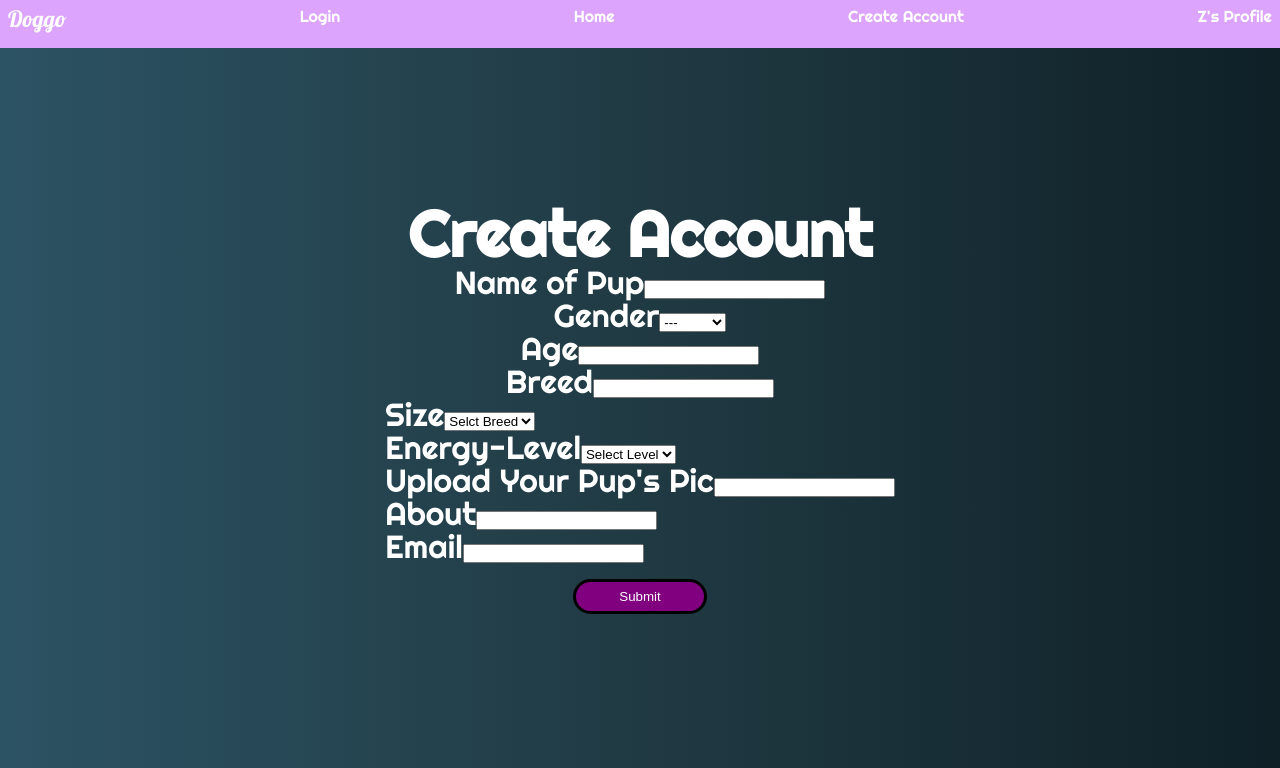
Repository: rh1456/capstone
Page: /2
The author's editor kept a copy of each file at every save. The page is drawn from the files as they stood at one save, then again after the next save.
The browser window is 1280 px wide. The pictures show the whole page.
Some web libraries are served in a nearby version. The project was rebuilt for these pictures with package versions that can differ from the ones it lists, and the page was loaded fresh each time. Also part of the build but not shown: src/pages/MainPage.jsx, src/pages/DoggoLandingPage.jsx, src/pages/DogProfile.jsx, src/pages/PlayDateForm.jsx, src/pages/ProfileSettings.jsx.

Above is the page before, as saved 2020-01-11 19:02:21.

### public/index.html
<!DOCTYPE html>
<html lang="en">
  <head>
    <meta charset="utf-8" />
    <link rel="shortcut icon" href="%PUBLIC_URL%/favicon.ico" />
    <meta
      name="viewport"
      content="width=device-width, initial-scale=1, shrink-to-fit=no"
    />
    <meta name="theme-color" content="#000000" />
    <!--
      manifest.json provides metadata used when your web app is added to the
      homescreen on Android. See https://developers.google.com/web/fundamentals/web-app-manifest/
    -->
    <link rel="manifest" href="%PUBLIC_URL%/manifest.json" />
    <!--
      Notice the use of %PUBLIC_URL% in the tags above.
      It will be replaced with the URL of the `public` folder during the build.
      Only files inside the `public` folder can be referenced from the HTML.

      Unlike "/favicon.ico" or "favicon.ico", "%PUBLIC_URL%/favicon.ico" will
      work correctly both with client-side routing and a non-root public URL.
      Learn how to configure a non-root public URL by running `npm run build`.
    -->
    <link
      href="https://fonts.googleapis.com/css?family=Pacifico|Permanent+Marker|Righteous|Roboto&display=swap"
      rel="stylesheet"
    />
    <link
      href="https://fonts.googleapis.com/css?family=Lobster&display=swap"
      rel="stylesheet"
    />
    <script
      src="https://kit.fontawesome.com/d7373701d1.js"
      crossorigin="anonymous"
    ></script>
    <title>Capstone</title>
  </head>
  <body>
    <noscript>
      You need to enable JavaScript to run this app.
    </noscript>
    <div id="root"></div>
    <!--
      This HTML file is a template.
      If you open it directly in the browser, you will see an empty page.

      You can add webfonts, meta tags, or analytics to this file.
      The build step will place the bundled scripts into the <body> tag.

      To begin the development, run `npm start` or `yarn start`.
      To create a production bundle, use `npm run build` or `yarn build`.
    -->
  </body>
</html>

### src/index.js
import React from 'react'
import ReactDOM from 'react-dom'
import './index.css'
// import './styles.scss'
import App from './App'

ReactDOM.render(<App />, document.getElementById('root'))

### src/index.css
@media (min-width: 320px) and (max-width: 480px) {
  :root {
    font: 16px / 1 sans-serif;
  }

  html {
    height: 100%;
  }
  body {
    margin: 0;
    min-height: 100%;
    background-color: #f1f1f1;
    font-family: 'Righteous', cursive;
  }
  .nav-bar-ul {
    display: flex;
    flex-direction: row;
    justify-content: space-between;
    margin: 0;
    height: 3rem;
    background-color: #dca4fc;
    padding: 0;
  }
  .main-nav-li {
    list-style: none;
    padding: 0.5rem;
    color: white;
  }
  .nav-logo {
    font-size: 1.4rem;
    font-family: 'Lobster', cursive;
  }
  .Nav-link {
    color: white;
    text-decoration: none;
  }
  /* Dog profile Stylings */
  .dog-profile-image {
    display: flex;
    justify-content: center;
    /* border-bottom: solid lightgrey; */
  }
  .before-div {
    border: solid black;
    display: block;
    height: 18px;
    border-radius: 50% 50% 0 0;

    bottom: calc(100% - 10px);
    right: -5px;
    left: -5px;
    background-color: blue;
  }
  .profile-image {
    height: 12rem;
    width: 8rem;
    margin: 0;
    border-radius: 8px;
    margin: 0.7rem;
  }
  .profile-about {
    display: flex;
    flex-direction: column;
    height: 5rem;
    font-size: 0.7rem;
  }
  .profile-about h1 {
    align-self: center;
  }
  .profile-about span {
    align-self: center;
    padding: 0.1rem;
  }
  .in-between {
    border-top: solid lightgrey;
    border-bottom: solid lightgrey;
    height: 3rem;
    display: flex;
    justify-content: center;
  }
  .main-about {
    border-bottom: solid lightgrey;
  }
  .profile-logo {
    margin: 0.5rem;
    height: 2rem;
    width: auto;
  }
  .meet {
    display: flex;
    flex-direction: column;
  }
  .meet h1 {
    align-self: center;
  }
  .meet p {
    padding: 1rem;
    font-size: 0.9rem;
    align-self: center;
  }
  .small-pro-pic {
    align-self: center;
    height: 4rem;
    width: auto;
    border: 2px solid black;
    border-radius: 50%;
    margin-top: 0.8rem;
  }
  .match-button {
    align-self: center;
    background-color: purple;
    height: 1.8rem;
    width: 8rem;
    border-radius: 25px;
    border: 3px solid black;
    color: white;
  }
  .playdate-link {
    color: white;
    text-decoration: none;
  }

  /* Dog Landing Stylings */
  .doggo-landing-body {
    margin: 0;
    min-height: 100%;
    background-color: #f1f1f1;
    font-family: 'Righteous', cursive;
  }
  .landing-page-logo {
    display: flex;
    justify-content: center;
    align-content: center;
    flex-direction: column;
  }
  .doggo-logo {
    height: 180px;
    width: 238px;
    align-self: center;
  }
  .doggo-text-section {
    padding-top: 2rem;
    padding-bottom: 2rem;
  }
  .doggo-text {
    display: flex;
    justify-content: center;
    align-content: center;
    font-size: 2rem;
    font-family: 'Lobster', cursive;
  }

  .landing-button {
    display: flex;
    justify-content: center;
    align-content: center;
  }
  .create-account {
    background-color: purple;
    height: 3rem;
    width: 15rem;
    border-radius: 25px;
    border: 3px solid black;
    color: white;
    font-family: 'Roboto', sans-serif;
  }
  .create-account-link {
    color: white;
    text-decoration: none;
    font-style: bold;
  }
  .existing-users {
    display: flex;
    padding-top: 3rem;
    justify-content: center;
    align-content: center;
  }
  /* Create Account Stylings */

  /* Newsfeed Stylings */
  .h1-container {
    display: flex;
    justify-content: center;
    font-size: 0.8rem;
    color: purple;
    height: 1rem;
    font-family: 'Lobster', cursive;
  }
  .newsfeed-header {
    display: flex;
    flex-direction: row;
    flex-wrap: nowrap;
    align-items: stretch;
    overflow-x: auto;
    overflow-y: hidden;
    border-bottom: solid lightgrey;
    height: 8rem;
  }
  .friend-card {
    border: solid black;
    align-self: center;
    margin: 1rem 3rem;
    padding-left: 0.8rem;
    padding-right: 0.8rem;
    border-radius: 0.5rem;
    flex-basis: 33.33%;
    flex-grow: 0;
    flex-shrink: 0;
    height: 4.7rem;
    /* width: 1rem; */
  }

  .welcome-user-message {
    display: flex;
    justify-content: center;
    font-size: 0.7rem;
    border-bottom: solid lightgrey;
  }
  .newsfeed-parent {
    display: flex;
    /* align-items: center; */
    flex-direction: column;
    margin: 1rem;
  }
  .newsfeed {
    /* align-items: stretch; */
    /* display: flex;
    flex-direction: column;
    flex-wrap: nowrap; */
    /* display: flex;
    justify-content: center; */
    width: 300px;
    height: 500px;
    overflow-y: scroll;
    overflow-x: hidden;
  }
  .card {
    max-width: 33.33%;
    padding: 0.75rem;
    margin-bottom: 2rem;
    border: 0;
    /* flex-basis: 33.33%;
    flex-grow: 0;
    flex-shrink: 0; */
  }
  .newsfeed-nav-ul {
    display: flex;
    flex-direction: row;
    font-size: smaller;
    font-style: italic;
    margin: 0rem;
    height: 2rem;
  }
  .newsfeed-nav-li {
    list-style: none;
    margin: 0;
    padding: 1rem;
  }
  .settings-link {
    text-decoration: none;
    color: black;
  }
  .mapbox {
    align-self: center;
    border: solid black;
    height: 6rem;
    width: 6rem;
  }
  /* Playdate form stylings  */

  .playdate-header {
    display: flex;
    justify-content: center;
    margin: 1.5rem;
  }
  .playdate-main {
    display: flex;
    flex-direction: column;
  }
  .playdate-input {
    align-self: center;
    margin: 0.5rem;
  }
  .form-date-submit-button {
    margin-top: 1rem;
    align-self: center;
    background-color: purple;
    height: 1.8rem;
    width: 8rem;
    border-radius: 25px;
    border: 3px solid black;
    color: white;
  }
  /* //Profile setting styling// */
}

/* End of mobile query  */

:root {
  font: 16px / 1 sans-serif;
}

html {
  height: 100%;
}
body {
  margin: 0;
  min-height: 100%;
  background-color: #f1f1f1;
  font-family: 'Righteous', cursive;
}
.nav-bar-ul {
  display: flex;
  flex-direction: row;
  justify-content: space-between;
  margin: 0;
  height: 3rem;
  background-color: #dca4fc;
  padding: 0;
}
.main-nav-li {
  list-style: none;
  padding: 0.5rem;
  color: white;
}
.nav-logo {
  padding: 0.5rem;
  color: white;
  font-size: 1.4rem;
  font-family: 'Lobster', cursive;
}
.Nav-link {
  color: white;
  text-decoration: none;
}
/* Dog profile Stylings */
.dog-profile-image {
  display: flex;
  justify-content: center;
  /* border-bottom: solid lightgrey; */
}
.before-div {
  border: solid black;
  display: block;
  height: 18px;
  border-radius: 50% 50% 0 0;

  bottom: calc(100% - 10px);
  right: -5px;
  left: -5px;
  background-color: blue;
}
.profile-image {
  height: 12rem;
  width: 8rem;
  margin: 0;
  border-radius: 8px;
  margin: 0.7rem;
}
.profile-about {
  display: flex;
  flex-direction: column;
  height: 5rem;
  font-size: 0.7rem;
}
.profile-about h1 {
  align-self: center;
}
.profile-about span {
  align-self: center;
  padding: 0.1rem;
}
.in-between {
  border-top: solid lightgrey;
  border-bottom: solid lightgrey;
  height: 3rem;
  display: flex;
  justify-content: center;
}
.main-about {
  border-bottom: solid lightgrey;
}
.profile-logo {
  margin: 0.5rem;
  height: 2rem;
  width: auto;
}
.meet {
  display: flex;
  flex-direction: column;
}
.meet h1 {
  align-self: center;
}
.meet p {
  padding: 1rem;
  font-size: 0.9rem;
  align-self: center;
}
.small-pro-pic {
  align-self: center;
  height: 4rem;
  width: auto;
  border: 2px solid black;
  border-radius: 50%;
  margin-top: 0.8rem;
}
.match-button {
  align-self: center;
  background-color: purple;
  height: 1.8rem;
  width: 8rem;
  border-radius: 25px;
  border: 3px solid black;
  color: white;
}

/* Dog Landing Stylings */
.doggo-landing-body {
  margin: 0;
  min-height: 100%;
  background-color: #f1f1f1;
  font-family: 'Righteous', cursive;
}
.landing-page-logo {
  display: flex;
  justify-content: center;
  align-content: center;
  flex-direction: column;
}
.doggo-logo {
  height: 180px;
  width: 238px;
  align-self: center;
}
.doggo-text-section {
  padding-top: 2rem;
  padding-bottom: 2rem;
}
.doggo-text {
  display: flex;
  justify-content: center;
  align-content: center;
  font-size: 2rem;
}

.landing-button {
  display: flex;
  justify-content: center;
  align-content: center;
}
.create-account {
  background-color: purple;
  height: 3rem;
  width: 15rem;
  border-radius: 25px;
  border: 3px solid black;
  color: white;
  font-family: 'Roboto', sans-serif;
}
.existing-users {
  display: flex;
  padding-top: 3rem;
  justify-content: center;
  align-content: center;
}
/* Create Account Stylings */
.create-account-div {
  display: flex;
  flex-direction: column;
  font-size: 2rem;
}
.submit-account {
  margin-top: 1rem;
  align-self: center;
  background-color: purple;
  height: 1.8rem;
  width: 8rem;
  border-radius: 25px;
  border: 3px solid black;
  color: white;
}

/* Newsfeed Stylings */
.h1-container {
  display: flex;
  justify-content: center;
  font-size: 0.8rem;
  color: purple;
  height: 1rem;
  font-family: 'Lobster', cursive;
}
.newsfeed-header {
  display: flex;
  flex-direction: row;
  flex-wrap: nowrap;
  align-items: stretch;
  overflow-x: auto;
  overflow-y: hidden;
  border-bottom: solid lightgrey;
  height: 8rem;
}
.friend-card {
  border: solid black;
  align-self: center;
  margin: 1rem 3rem;
  padding-left: 0.8rem;
  padding-right: 0.8rem;
  border-radius: 0.5rem;
  flex-basis: 33.33%;
  flex-grow: 0;
  flex-shrink: 0;
  height: 4.7rem;
  width: 1rem;
}
/* .feed-head-left-button,
  .feed-head-right-button {
    display: flex;
    justify-content: center;
    align-content: center;
    color: white;
    font-size: 2rem;
    width: 2.5rem;
    margin: 4rem 0rem;
    background-color: purple;
    border: none;
  }
  .feed-head-left-button {
    border-radius: 0rem 1rem 1rem 0rem;
  }
  .feed-head-right-button {
    border-radius: 1rem 0rem 0rem 1rem;
  }  */
.welcome-user-message {
  display: flex;
  justify-content: center;
  font-size: 0.7rem;
  border-bottom: solid lightgrey;
}
.newsfeed-parent {
  display: flex;
  justify-content: center;
  align-content: center;
}
.newsfeed {
  align-items: stretch;
  display: flex;
  flex-direction: column;
  flex-wrap: nowrap;
  display: flex;
  justify-content: center;
  width: 120px;
  height: 400px;
  overflow-y: scroll;
  overflow-x: hidden;
}
.card {
  max-width: 33.33%;
  padding: 0.75rem;
  margin-bottom: 2rem;
  border: 0;
  /* flex-basis: 33.33%;
    flex-grow: 0;
    flex-shrink: 0; */
}

### src/App.jsx
import React from 'react'
import { BrowserRouter as Router, Link, Route, Switch } from 'react-router-dom'
import MainPage from './pages/MainPage'
import DoggoLandingPage from './pages/DoggoLandingPage'
import CreateAccount from './pages/CreateAccount'
import DogProfile from './pages/DogProfile'
import PlayDateForm from './pages/PlayDateForm'
import ProfileSettings from './pages/ProfileSettings'
const App = () => {
  return (
    <Router>
      <header>
        <nav>
          <ul className="nav-bar-ul">
            <li className="nav-logo">Doggo</li>
            <li className="main-nav-li">
              <Link className="Nav-link" to="/">
                Login
              </Link>
            </li>
            <li className="main-nav-li">
              <Link className="Nav-link" to="/1">
                Home
              </Link>
            </li>
            <li className="main-nav-li">
              <Link className="Nav-link" to="/2">
                Create Account
              </Link>
            </li>
            <li className="main-nav-li">
              <Link className="Nav-link" to="/3">
                Z's Profile
              </Link>
            </li>
          </ul>
        </nav>
      </header>
      <Switch>
        <Route exact path="/" component={DoggoLandingPage}></Route>
        <Route exact path="/1" component={MainPage}></Route>
        <Route exact path="/2" component={CreateAccount}></Route>
        <Route path="/3" component={DogProfile}></Route>
        <Route path="/4" component={PlayDateForm}></Route>
        <Route path="/5" component={ProfileSettings}></Route>
      </Switch>
    </Router>
  )
}

export default App

### src/pages/CreateAccount.jsx
import React, { useEffect, useState } from 'react'
import './createAccount.css'

const CreateAccount = () => {
  const [name, setName] = useState('')
  const [gender, setGender] = useState('')
  const [age, setAge] = useState('')
  const [breed, setBreed] = useState('')
  const [size, setSize] = useState('')
  const [about, setAbout] = useState('')
  const [email, setEmail] = useState('')
  return (
    <div className="create-account-div">
      <h1>Create Account</h1>
      <section className="create-account-details">
        <label htmlFor="dogs-name">Name of Pup</label>
        <input type="text"></input>
      </section>
      <section className="create-account-details">
        <label htmlFor="gender">Gender</label>
        <select type="text">
          <option value="">---</option>
          <option value="male">Male</option>
          <option value="female">Female</option>
        </select>
      </section>
      <section className="create-account-details">
        <label htmlFor="Age">Age</label>
        <input input="text"></input>
      </section>
      <section className="create-account-details">
        <label htmlFor="Breed">Breed</label>
        <input input="text"></input>
      </section>
      <section className="create-account-details">
        <label htmlFor="size">Size</label>
        <select type="text">
          <option value="">Selct Breed</option>
          <option value="small">Small</option>
        </select>
        <section className="create-account-details">
          <label htmlFor="energy">Energy-Level</label>
          <select type="text">
            <option value="">Select Level</option>
            <option value="hyper">Hyper</option>
            <option value="tame">Tame</option>
          </select>
          <section className="create-account-details">
            <label htmlFor="img">Upload Your Pup's Pic</label>
            <input type="url"></input>
          </section>
          <section className="create-account-details">
            <label htmlFor="About">About</label>
            <input className="about-me-text" type="text"></input>
          </section>
          <section className="create-account-details"></section>
          <label htmlFor="username">Email</label>
          <input type="text"></input>
        </section>
      </section>
      <button className="submit-account">Submit</button>
    </div>
  )
}

export default CreateAccount

### src/pages/createAccount.css
*,
*::after,
*::before {
  margin: 0;
  padding: 0;
  box-sizing: inherit;
  font-size: 62, 5%;
}

.create-account-div {
  height: 100vh;
  width: 100%;
  background: #0f2027; /* fallback for old browsers */
  background: linear-gradient(to right, #2c5364, #203a43, #0f2027);
  display: flex;
  justify-content: center;
  align-items: center;
  height: 100vh;
  color: #fff;
}

.create-account-div {
  display: flex;
  flex-direction: column;
  font-size: 2rem;
}
.submit-account {
  margin-top: 1rem;
  align-self: center;
  background-color: purple;
  height: 1.8rem;
  width: 8rem;
  border-radius: 25px;
  border: 3px solid black;
  color: white;
}
.existing-users-link {
  font-style: italic;
  text-decoration: none;
}

### src/pages/profileSettings.css
*,
*::after,
*::before {
  margin: 0;
  padding: 0;
  box-sizing: inherit;
  font-size: 62, 5%;
}
.update-account-details {
  display: flex;
  margin: 1rem;
  justify-content: center;
  align-items: center;
  /* height: 100vh; */
  color: black;
}

.update-label {
  font-size: 1.2rem;
  margin-left: 2rem;
  margin-top: 0.7rem;

  display: block;
  transition: all 0.3s;
  transform: translateY(0rem);
}
.basic-slide {
  color: #333;
  font-size: 1.2rem;
  margin: 0 auto;
  padding: 1rem;
  border-radius: 0.2rem;
  background-color: rgb(255, 255, 255);
  border: none;
  width: 90%;
  display: block;
  border-bottom: 0.3rem solid transparent;
  transition: all 0.3s;
}
.basic-slide:placeholder-shown + .update-label {
  opacity: 3;
  visibility: hidden;
  -webkit-transform: translateY(-4rem);
  transform: translateY(-4rem);
}
.setting-header {
  display: flex;
  justify-content: center;
  align-items: center;
  flex-direction: column;
}
.settings-p {
  font-size: 2rem;
  margin: 2rem;
}
span {
  margin: 1rem;
}

After the next save:
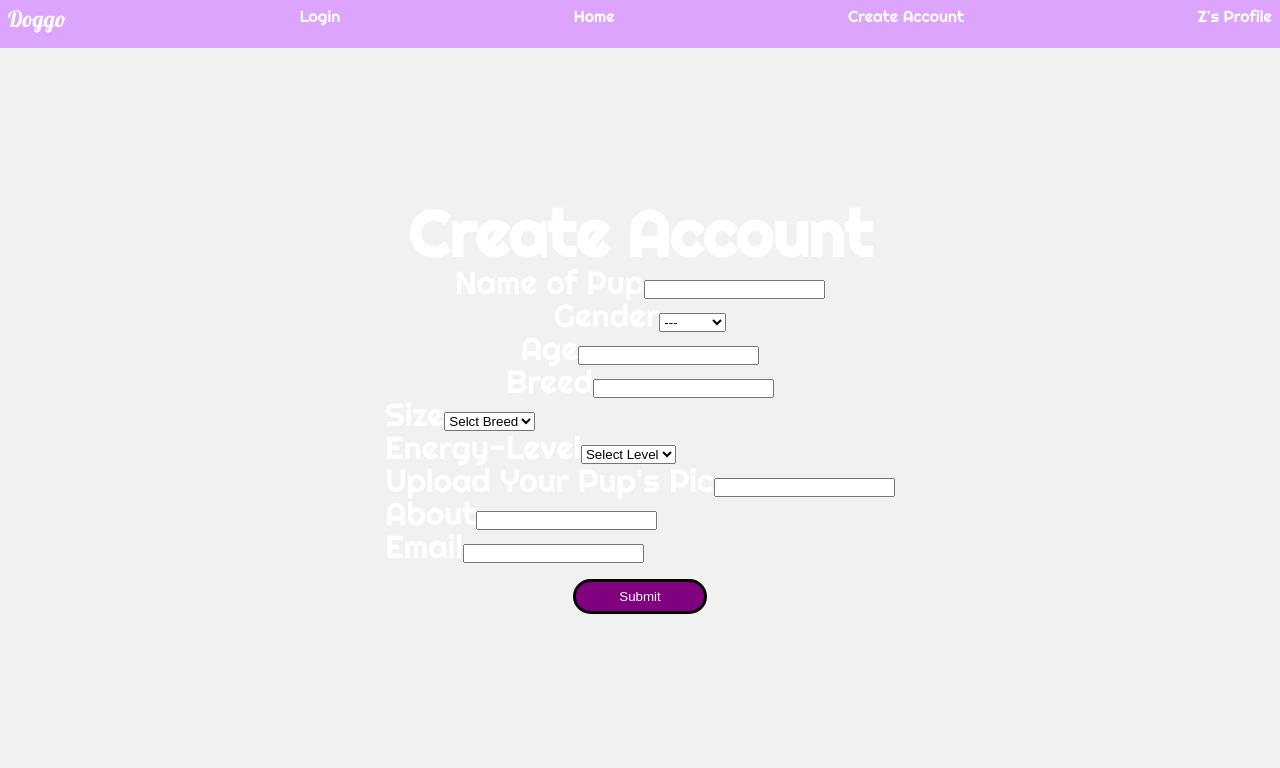
Saved 2 min 3 s later.
--- a/src/pages/createAccount.css
+++ b/src/pages/createAccount.css
@@ -10,9 +10,9 @@
 .create-account-div {
   height: 100vh;
   width: 100%;
-  background: #0f2027; /* fallback for old browsers */
-  background: linear-gradient(to right, #2c5364, #203a43, #0f2027);
-  display: flex;
+  /* background: #0f2027; /* fallback for old browsers */
+  /* background: linear-gradient(to right, #2c5364, #203a43, #0f2027); */
+  */display: flex;
   justify-content: center;
   align-items: center;
   height: 100vh;
